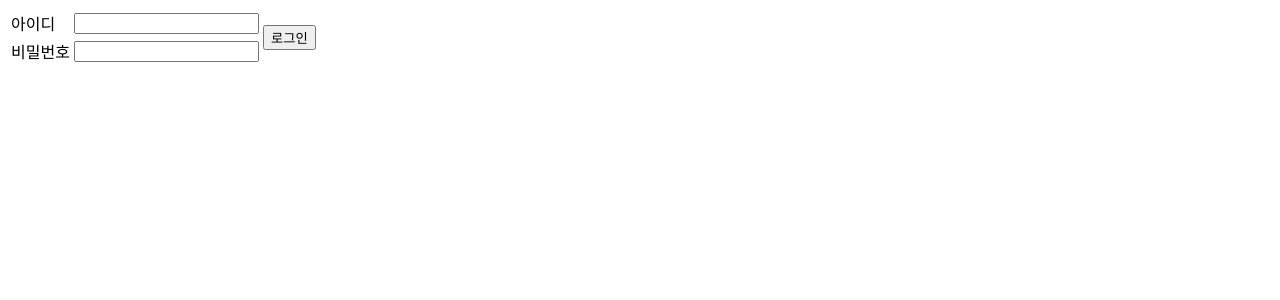
Repository: seunginlee/WaterMelonPlayer
Page: worrrrrk/php01/cookie/login.html
These files come from the project's save history. The page is drawn as it stood at one moment and after the next save; the edit follows.
The browser window is 1280 px wide. The pictures show the whole page.

Above is the page before, as saved 2018-09-16 12:55:32.

### worrrrrk/php01/cookie/login.html
<!DOCTYPE html>
<html>
<head>
<meta charset="UTF-8">
<title>Insert title here</title>
</head>
<body>
<form method="post" action="login_check.php">
<table>
	<tr>
	<td>아이디</td>
	<td><input name="userid"></td>
	<td rowspan="2">
		<input type="submit" value="로그인"></td>
	</tr>
	<tr>
		<td>비밀번호</td>
		<td><input type="password" name="passwd"></td>
	</tr>
</table>
</form>
</body>
</html>

After the next save:
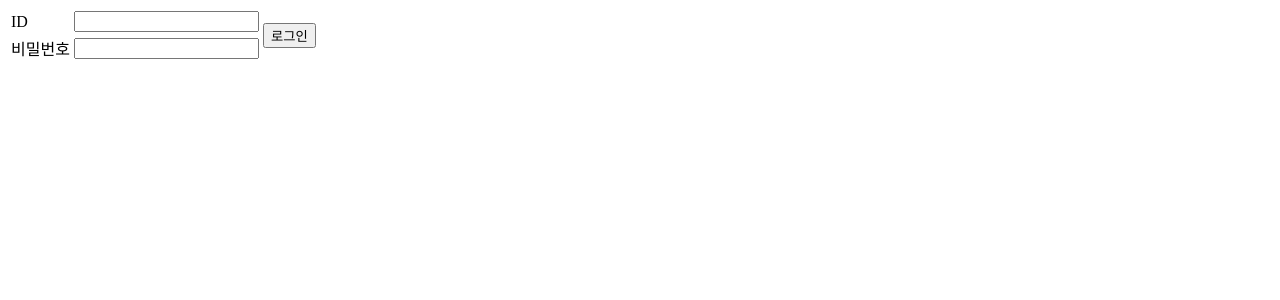
Saved 119 s later.
--- a/worrrrrk/php01/cookie/login.html
+++ b/worrrrrk/php01/cookie/login.html
@@ -8,9 +8,9 @@
 <form method="post" action="login_check.php">
 <table>
 	<tr>
-	<td>아이디</td>
-	<td><input name="userid"></td>
-	<td rowspan="2">
+		<td>ID</td>
+		<td><input name="userid"></td>
+		<td rowspan="2">
 		<input type="submit" value="로그인"></td>
 	</tr>
 	<tr>

After the save that followed:
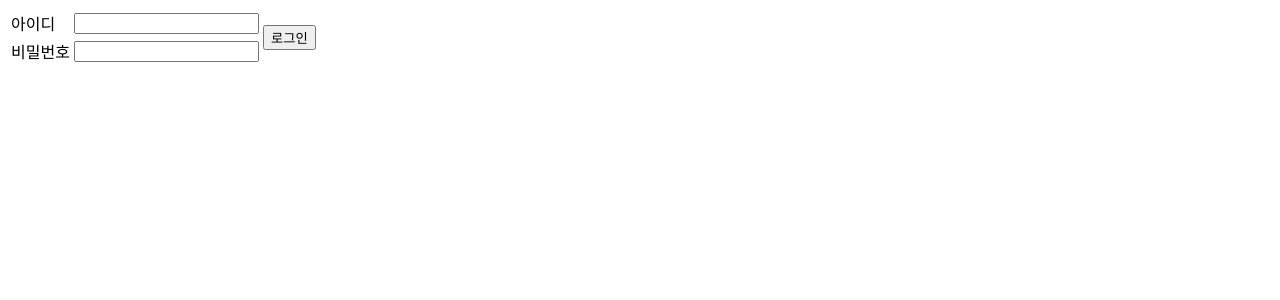
Saved 14 s later.
--- a/worrrrrk/php01/cookie/login.html
+++ b/worrrrrk/php01/cookie/login.html
@@ -8,7 +8,7 @@
 <form method="post" action="login_check.php">
 <table>
 	<tr>
-		<td>ID</td>
+		<td>아이디</td>
 		<td><input name="userid"></td>
 		<td rowspan="2">
 		<input type="submit" value="로그인"></td>
